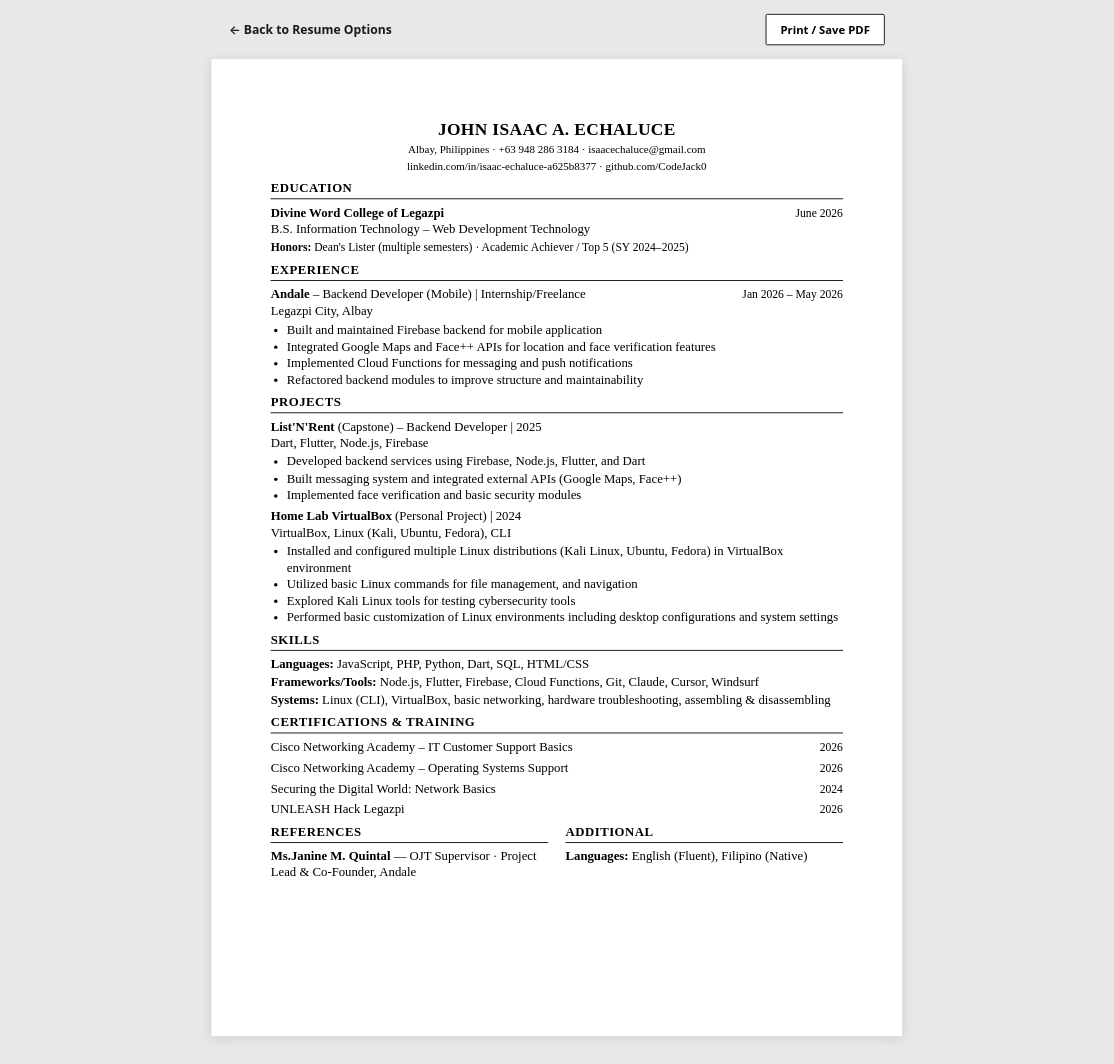
Repository: CodeJack0/Professional_Portfolio
Page: pages/resume.html
The author's editor kept a copy of each file at every save. The page is drawn from the files as they stood at one save, then again after the next save.
The browser window is 1280 px wide. The pictures show the whole page, at 87% of full size.

Above is the page before, as saved 2026-05-30 14:02:12.

After the next save:
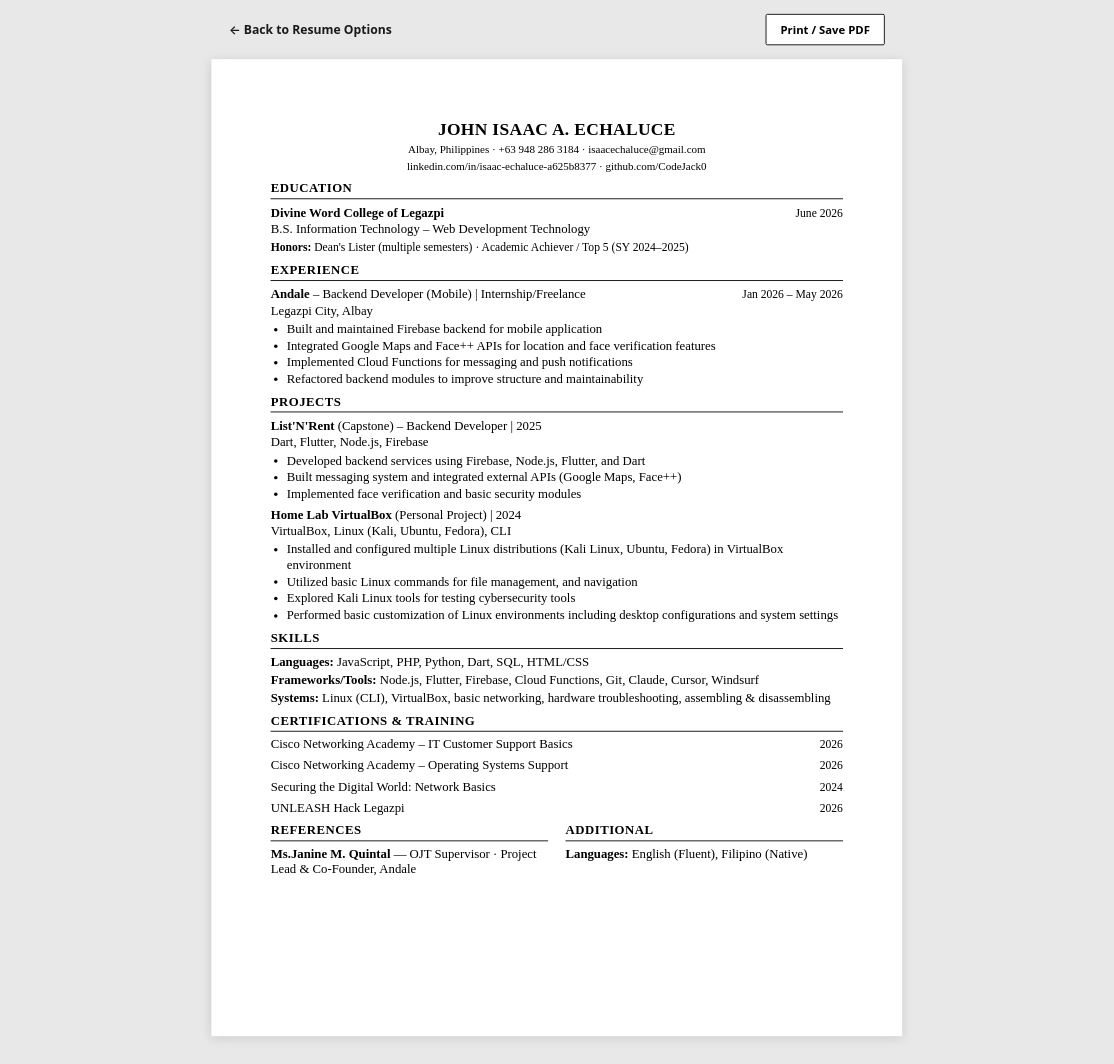
Saved 16 s later.
--- a/css/resume.css
+++ b/css/resume.css
@@ -216,7 +216,7 @@ body.resume-page {
 
 /* Lists */
 .resume-list {
-  margin: 0.2rem 0 0;
+  margin: 0.15rem 0 0;
   padding-left: 1.15rem;
 }
 
